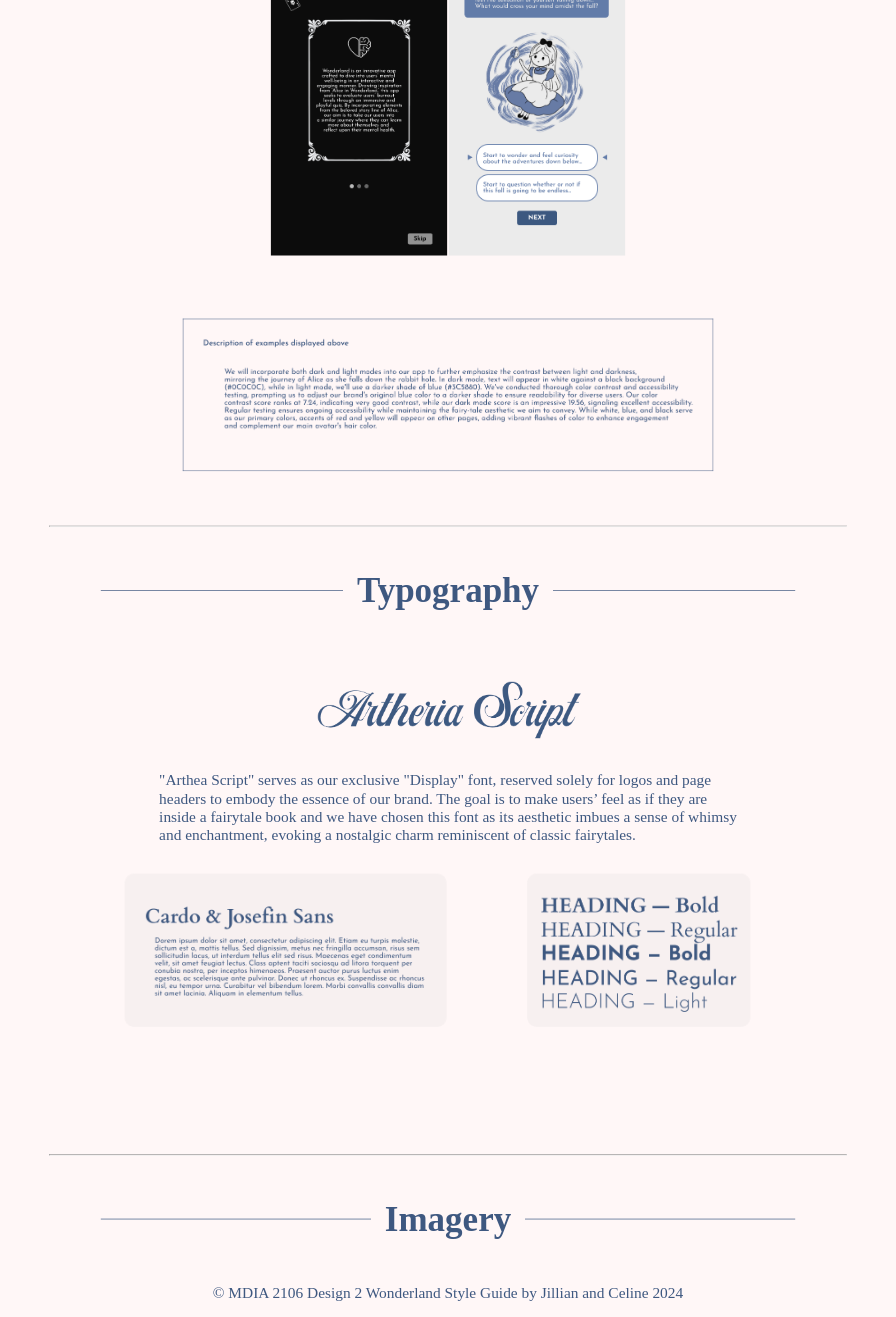
Repository: MeowCeline00/styleguide_wonder
Page: index.html
An editor plug-in stored every save of this project. The page is shown before and after a run of saves, followed by the edit.
The browser window is 1280 px wide. The pictures show the part of the page from y = 2870 to 4790 px (the page is 4752 px tall before and 4790 px after), at 70% of full size.

Above is the page before, as saved 2024-04-09 23:20:11.

After the next 4 saves:
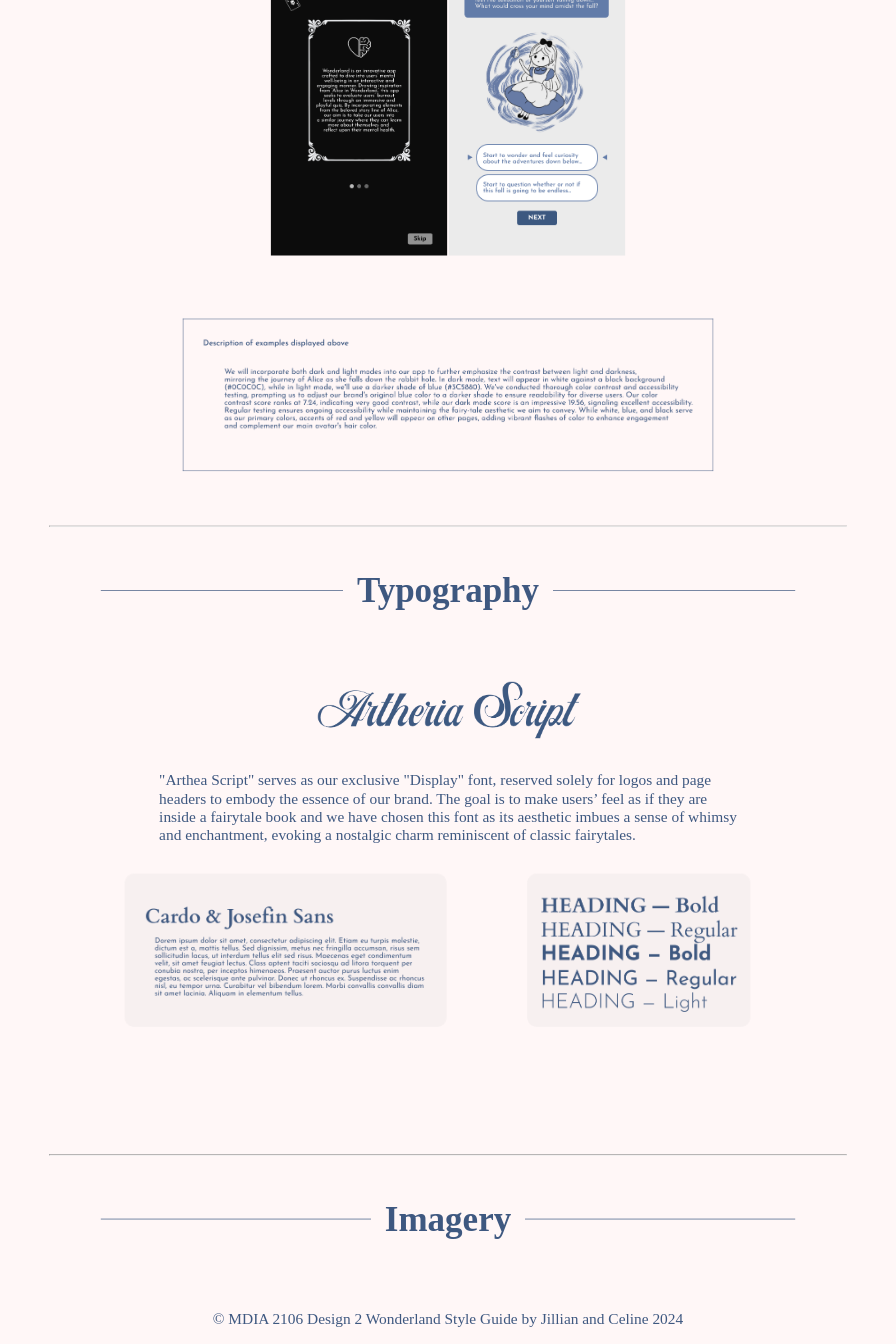
The 4 saves are shown as one change because they came seconds apart.
The last was saved 12 s later.
--- a/index.html
+++ b/index.html
@@ -122,7 +122,9 @@
                 <div class="line"></div>
             </div>
 
-            <div class="icon_and_button"
+            <div class="icon_and_button">
+                <img src=""
+            </div>
 
         </section>
 
